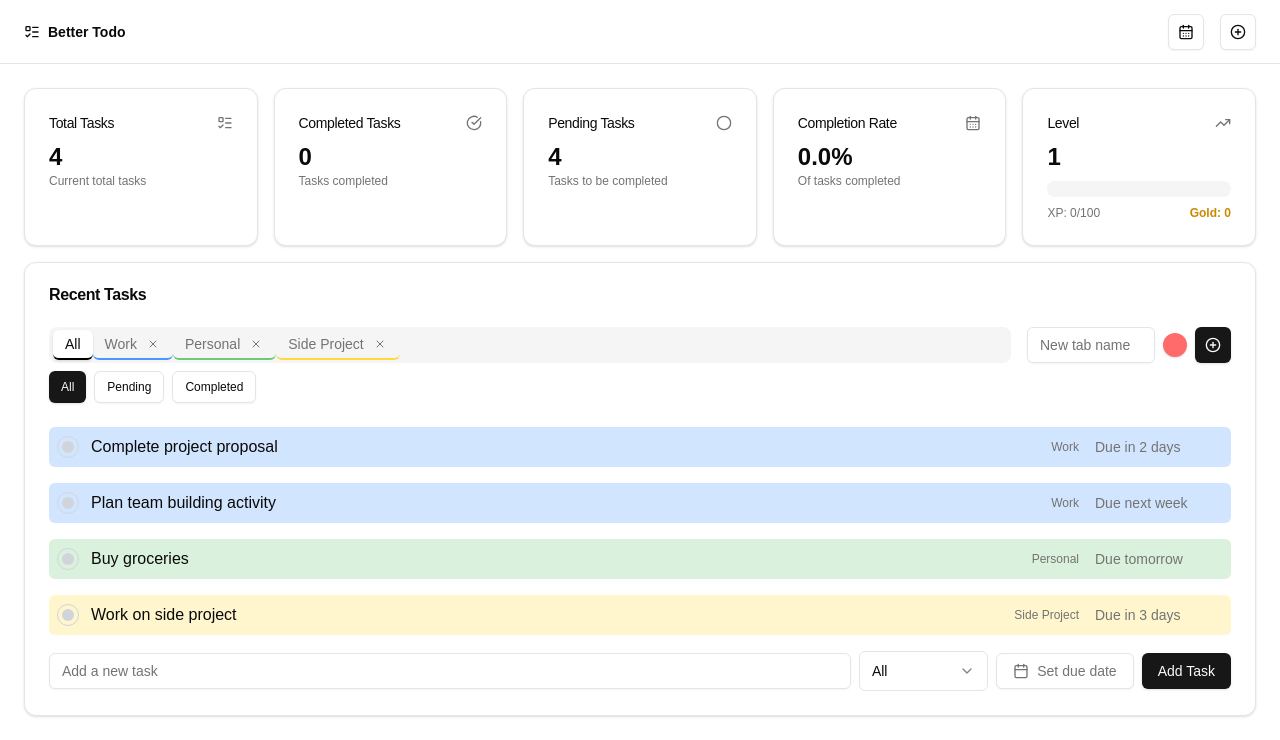
Repository: malikbarbier7/better-todo
Page: /dashboard
An editor plug-in stored every save of this project. The page is shown before and after the next save, followed by the edit.
The browser window is 1280 px wide. The pictures show the whole page.
The project was rebuilt for these pictures with package versions that can differ from the ones it lists, and the page was loaded fresh each time. The framework's server and built-in components were replaced by stand-ins that run in the browser. Also part of the build but not shown: next.config.js, next.config.mjs, components/ui/calendar.tsx.

Above is the page before, as saved 2024-10-04 14:35:52.

### app/dashboard/page.tsx
import { Dashboard } from '@/components/dashboard'

export default function DashboardPage() {
  return <Dashboard />
}

### components/dashboard.tsx
'use client'

import React from 'react'
import { Button } from "@/components/ui/button"
import { Card, CardContent, CardHeader, CardTitle } from "@/components/ui/card"
import { Input } from "@/components/ui/input"
import { Tabs, TabsContent, TabsList, TabsTrigger } from "@/components/ui/tabs"
import { CalendarDays, CheckCircle, Circle, ListTodo, PlusCircle, X, ChevronDown, TrendingUp, Calendar as CalendarIcon } from "lucide-react"
import { Progress } from "@/components/ui/progress"
import {
  Select,
  SelectContent,
  SelectItem,
  SelectTrigger,
  SelectValue,
} from "@/components/ui/select"
import { Calendar } from "@/components/ui/calendar"
import {
  Popover,
  PopoverContent,
  PopoverTrigger,
} from "@/components/ui/popover"
import { format } from "date-fns"
import { cn } from "@/lib/utils"

const pasteColors = [
  '#FF6B6B', // Rouge légèrement pâle
  '#4ECDC4', // Turquoise (bleu-vert) légèrement pâle
  '#FFD93D', // Jaune légèrement pâle
  '#6BCB77', // Vert légèrement pâle
  '#4D96FF', // Bleu légèrement pâle
  '#FF9A8B', // Orange-rose légèrement pâle
  '#9B59B6', // Violet légèrement pâle
  '#FF8C00', // Orange légèrement pâle
];

export function Dashboard() {
  const [tabs, setTabs] = React.useState([
    { name: 'All', color: '#000000' }, // Noir pour l'onglet "All"
    { name: 'Work', color: '#4D96FF' }, // Bleu pour Work
    { name: 'Personal', color: '#6BCB77' }, // Vert pour Personal
    { name: 'Side Project', color: '#FFD93D' } // Jaune pour Side Project
  ])
  const [activeTab, setActiveTab] = React.useState('All')
  const [newTabName, setNewTabName] = React.useState('')
  const [newTaskName, setNewTaskName] = React.useState('')
  const [newTaskSpace, setNewTaskSpace] = React.useState('All')
  const [newTaskDueDate, setNewTaskDueDate] = React.useState<Date | undefined>(undefined)
  const [tasks, setTasks] = React.useState({
    'All': [
      { id: 1, name: 'Complete project proposal', status: 'pending', category: 'Work', dueDate: 'Due in 2 days', xpGained: false },
      { id: 3, name: 'Plan team building activity', status: 'pending', category: 'Work', dueDate: 'Due next week', xpGained: false },
      { id: 4, name: 'Buy groceries', status: 'pending', category: 'Personal', dueDate: 'Due tomorrow', xpGained: false },
      { id: 5, name: 'Work on side project', status: 'pending', category: 'Side Project', dueDate: 'Due in 3 days', xpGained: false },
    ],
    'Work': [
      { id: 1, name: 'Complete project proposal', status: 'pending', category: 'Work', dueDate: 'Due in 2 days', xpGained: false },
      { id: 3, name: 'Plan team building activity', status: 'pending', category: 'Work', dueDate: 'Due next week', xpGained: false },
      { id: 1, name: 'Complete project proposal', status: 'pending', category: 'Work', dueDate: 'Due in 2 days' },
      { id: 3, name: 'Plan team building activity', status: 'pending', category: 'Work', dueDate: 'Due next week' },
    ],
    'Personal': [
      { id: 4, name: 'Buy groceries', status: 'pending', category: 'Personal', dueDate: 'Due tomorrow' },
    ],
    'Side Project': [
      { id: 5, name: 'Work on side project', status: 'pending', category: 'Side Project', dueDate: 'Due in 3 days' },
    ],
  })

  const [taskFilter, setTaskFilter] = React.useState('all')
  const [level, setLevel] = React.useState(1)
  const [xp, setXp] = React.useState(0)
  const [gold, setGold] = React.useState(0)
  const [isDatePickerOpen, setIsDatePickerOpen] = React.useState(false);
  const [newTabColor, setNewTabColor] = React.useState(pasteColors[0])
  const [isColorPickerOpen, setIsColorPickerOpen] = React.useState(false)
  const [selectedTab, setSelectedTab] = React.useState<string | null>(null);

  const handleAddTab = () => {
    if (newTabName && !tabs.some(tab => tab.name === newTabName)) {
      const newTab = { name: newTabName, color: newTabColor === '#000000' ? pasteColors[0] : newTabColor };
      setTabs([...tabs, newTab]);
      setTasks(prevTasks => ({ ...prevTasks, [newTabName]: [] }));
      setActiveTab(newTabName);
      setNewTaskSpace(newTabName);
      setNewTabName('');
      handleTabColorChange(newTabColor);
      setNewTabColor(pasteColors[0]);
    }
  }

  const handleRemoveTab = (tab: string) => {
    if (tab !== 'All') {
      const newTabs = tabs.filter(t => t.name !== tab)
      const { [tab]: removedTasks, ...restTasks } = tasks
      setTabs(newTabs)
      setTasks(restTasks)
      setActiveTab('All')
    }
  }

  const handleAddTask = (e: React.FormEvent) => {
    e.preventDefault()
    if (newTaskName) {
      const newTask = {
        id: Date.now(),
        name: newTaskName,
        status: 'pending',
        category: newTaskSpace === 'All' ? 'Uncategorized' : newTaskSpace,
        dueDate: newTaskDueDate ? format(newTaskDueDate, "PPP") : 'Not set',
        xpGained: false
      }
      setTasks(prevTasks => {
        const updatedTasks = { ...prevTasks };
        if (newTaskSpace !== 'All') {
          updatedTasks[newTaskSpace] = [...(updatedTasks[newTaskSpace] || []), newTask];
        }
        updatedTasks['All'] = [...updatedTasks['All'], newTask];
        return updatedTasks;
      })
      setNewTaskName('')
      setNewTaskDueDate(undefined)
    }
  }

  const handleTaskStatusChange = (taskId: string, newStatus: 'completed' | 'pending') => {
    let xpGained = false;
    setTasks(prevTasks => {
      const updatedTasks = { ...prevTasks };
      for (const category in updatedTasks) {
        updatedTasks[category] = updatedTasks[category].map(task => {
          if (task.id.toString() === taskId) {
            if (task.status === 'pending' && newStatus === 'completed' && !task.xpGained) {
              // Task is being completed for the first time
              if (!xpGained) {
                gainXP(10);
                gainGold();
                xpGained = true;
              }
              return {
                ...task,
                status: newStatus,
                xpGained: true, // Mark that XP has been gained for this task
                dueDate: `Completed ${format(new Date(), "MMMM do, yyyy")}`
              };
            } else if (newStatus === 'pending') {
              // If the task is set back to pending, reset the completion date but keep xpGained
              return { ...task, status: newStatus, dueDate: 'Not set' };
            }
            // For all other cases, just update the status
            return { ...task, status: newStatus };
          }
          return task;
        }).sort((a, b) => {
          if (a.status === 'pending' && b.status === 'completed') return -1;
          if (a.status === 'completed' && b.status === 'pending') return 1;
          return 0;
        });
      }
      return updatedTasks;
    });
  };

  const gainXP = (amount: number) => {
    setXp(prevXP => {
      let newXP = prevXP + amount;
      let newLevel = level;
      while (newXP >= 100) {
        newXP -= 100;
        newLevel += 1;
      }
      setLevel(newLevel);
      return newXP;
    });
  };

  const gainGold = () => {
    const goldEarned = Math.floor(Math.random() * 5) + 1; // Génère un nombre entre 1 et 5
    setGold(prevGold => prevGold + goldEarned);
  };

  // Calculer le nombre total de tâches
  const totalTasks = tasks['All'].length;

  // Calculer le nombre de tâches complétées
  const completedTasks = tasks['All'].filter(task => task.status === 'completed').length;

  // Calculer le nombre de tâches en attente
  const pendingTasks = totalTasks - completedTasks;

  // Calculer le taux de complétion
  const completionRate = totalTasks > 0 ? ((completedTasks / totalTasks) * 100).toFixed(1) : '0.0';

  const filteredTasks = React.useMemo(() => {
    return (tasks[activeTab] || [])
      .filter(task => {
        if (taskFilter === 'all') return true;
        if (taskFilter === 'pending') return task.status === 'pending';
        if (taskFilter === 'completed') return task.status === 'completed';
        return true;
      })
      .sort((a, b) => {
        // Trier les tâches : pendantes en haut, complétées en bas
        if (a.status === 'pending' && b.status === 'completed') return -1;
        if (a.status === 'completed' && b.status === 'pending') return 1;
        return 0;
      });
  }, [tasks, activeTab, taskFilter]);

  // Mettre à jour newTaskSpace quand activeTab change
  React.useEffect(() => {
    setNewTaskSpace(activeTab);
  }, [activeTab]);

  const handleDateSelect = (date: Date | undefined) => {
    setNewTaskDueDate(date);
    setIsDatePickerOpen(false);
  };

  const handleTabColorChange = (color: string) => {
    if (selectedTab && selectedTab !== 'All') {
      setTabs(prevTabs =>
        prevTabs.map(tab =>
          tab.name === selectedTab ? { ...tab, color } : tab
        )
      );
      setIsColorPickerOpen(false);
    }
  };

  return (
    <div className="flex flex-col min-h-screen">
      <header className="flex items-center h-16 px-4 border-b shrink-0 md:px-6">
        <nav className="flex-1">
          <ul className="flex items-center gap-4 text-sm font-medium">
            <li className="flex items-center gap-2">
              <ListTodo className="w-4 h-4" />
              <span className="font-bold">Better Todo</span>
            </li>
          </ul>
        </nav>
        <div className="flex items-center gap-4 md:gap-2 lg:gap-4">
          <Button variant="outline" size="icon">
            <CalendarDays className="w-4 h-4" />
            <span className="sr-only">View calendar</span>
          </Button>
          <Button variant="outline" size="icon">
            <PlusCircle className="w-4 h-4" />
            <span className="sr-only">Create new task</span>
          </Button>
        </div>
      </header>
      <main className="flex-1 overflow-auto p-4 md:p-6">
        <div className="grid gap-4 md:grid-cols-3 lg:grid-cols-5">
          <Card>
            <CardHeader className="flex flex-row items-center justify-between pb-2 space-y-0">
              <CardTitle className="text-sm font-medium">Total Tasks</CardTitle>
              <ListTodo className="w-4 h-4 text-muted-foreground" />
            </CardHeader>
            <CardContent>
              <div className="text-2xl font-bold">{totalTasks}</div>
              <p className="text-xs text-muted-foreground">Current total tasks</p>
            </CardContent>
          </Card>
          <Card>
            <CardHeader className="flex flex-row items-center justify-between pb-2 space-y-0">
              <CardTitle className="text-sm font-medium">Completed Tasks</CardTitle>
              <CheckCircle className="w-4 h-4 text-muted-foreground" />
            </CardHeader>
            <CardContent>
              <div className="text-2xl font-bold">{completedTasks}</div>
              <p className="text-xs text-muted-foreground">Tasks completed</p>
            </CardContent>
          </Card>
          <Card>
            <CardHeader className="flex flex-row items-center justify-between pb-2 space-y-0">
              <CardTitle className="text-sm font-medium">Pending Tasks</CardTitle>
              <Circle className="w-4 h-4 text-muted-foreground" />
            </CardHeader>
            <CardContent>
              <div className="text-2xl font-bold">{pendingTasks}</div>
              <p className="text-xs text-muted-foreground">Tasks to be completed</p>
            </CardContent>
          </Card>
          <Card>
            <CardHeader className="flex flex-row items-center justify-between pb-2 space-y-0">
              <CardTitle className="text-sm font-medium">Completion Rate</CardTitle>
              <CalendarDays className="w-4 h-4 text-muted-foreground" />
            </CardHeader>
            <CardContent>
              <div className="text-2xl font-bold">{completionRate}%</div>
              <p className="text-xs text-muted-foreground">Of tasks completed</p>
            </CardContent>
          </Card>
          <Card>
            <CardHeader className="flex flex-row items-center justify-between pb-2 space-y-0">
              <CardTitle className="text-sm font-medium">Level</CardTitle>
              <TrendingUp className="w-4 h-4 text-muted-foreground" />
            </CardHeader>
            <CardContent>
              <div className="text-2xl font-bold">{level}</div>
              <Progress value={(xp / 100) * 100} className="mt-2" />
              <div className="flex justify-between items-center mt-2">
                <p className="text-xs text-muted-foreground">XP: {xp}/100</p>
                <p className="text-xs font-semibold text-yellow-600">Gold: {gold}</p>
              </div>
            </CardContent>
          </Card>
        </div>
        <Card className="mt-4">
          <CardHeader>
            <CardTitle>Recent Tasks</CardTitle>
          </CardHeader>
          <CardContent>
            <Tabs value={activeTab} onValueChange={(value) => {
              setActiveTab(value);
              setNewTaskSpace(value); // Mettre  jour newTaskSpace ici aussi
            }} className="w-full">
              <div className="flex flex-col">
                <div className="mb-4">
                  <div className="flex justify-between items-center">
                    <TabsList className="flex-grow justify-start">
                      {tabs.map((tab) => (
                        <TabsTrigger
                          key={tab.name}
                          value={tab.name}
                          className="flex items-center"
                          style={{ borderBottom: `2px solid ${tab.color}` }}
                          onClick={() => setSelectedTab(tab.name)}
                        >
                          {tab.name}
                          {tab.name !== 'All' && (
                            <Button
                              variant="ghost"
                              size="icon"
                              className="ml-2 h-4 w-4"
                              onClick={(e) => {
                                e.stopPropagation()
                                handleRemoveTab(tab.name)
                              }}
                            >
                              <X className="h-3 w-3" />
                            </Button>
                          )}
                        </TabsTrigger>
                      ))}
                    </TabsList>
                    <div className="flex items-center space-x-2 ml-4">
                      <form onSubmit={(e) => {
                        e.preventDefault();
                        handleAddTab();
                      }}>
                        <Input
                          placeholder="New tab name"
                          value={newTabName}
                          onChange={(e) => setNewTabName(e.target.value)}
                          className="w-32"
                        />
                      </form>
                      <Popover open={isColorPickerOpen} onOpenChange={setIsColorPickerOpen}>
                        <PopoverTrigger asChild>
                          <Button
                            style={{ backgroundColor: selectedTab && selectedTab !== 'All' ? tabs.find(t => t.name === selectedTab)?.color : newTabColor }}
                            className="w-6 h-6 rounded-full p-0"
                            onClick={() => setIsColorPickerOpen(true)}
                            disabled={selectedTab === 'All'}
                          />
                        </PopoverTrigger>
                        <PopoverContent className="w-auto p-1">
                          <div className="grid grid-cols-4 gap-1">
                            {pasteColors.map((color) => (
                              <Button
                                key={color}
                                style={{ backgroundColor: color }}
                                className="w-5 h-5 rounded-full p-0"
                                onClick={() => {
                                  if (selectedTab && selectedTab !== 'All') {
                                    handleTabColorChange(color);
                                  } else {
                                    setNewTabColor(color);
                                    setIsColorPickerOpen(false);
                                  }
                                }}
                              />
                            ))}
                          </div>
                        </PopoverContent>
                      </Popover>
                      <Button onClick={handleAddTab} size="icon">
                        <PlusCircle className="h-4 w-4" />
                      </Button>
                    </div>
                  </div>
                  <div className="flex justify-start mt-2">
                    <div className="flex items-center space-x-2">
                      <Button
                        size="sm"
                        variant={taskFilter === 'all' ? 'default' : 'outline'}
                        onClick={() => setTaskFilter('all')}
                      >
                        All
                      </Button>
                      <Button
                        size="sm"
                        variant={taskFilter === 'pending' ? 'default' : 'outline'}
                        onClick={() => setTaskFilter('pending')}
                      >
                        Pending
                      </Button>
                      <Button
                        size="sm"
                        variant={taskFilter === 'completed' ? 'default' : 'outline'}
                        onClick={() => setTaskFilter('completed')}
                      >
                        Completed
                      </Button>
                    </div>
                  </div>
                </div>
                <div>
                  {tabs.map((tab) => (
                    <TabsContent key={tab.name} value={tab.name}>
                      <div className="space-y-4">
                        {filteredTasks.map((task) => (
                          <div
                            key={task.id}
                            className="flex items-center p-2 rounded-md"
                            style={{
                              backgroundColor: tabs.find(tab => tab.name === task.category)?.color + '40'
                            }}
                          >
                            <div className="relative">
                              {task.status === 'completed' ? (
                                <button
                                  className="p-1 bg-green-500 text-white rounded-full"
                                  onClick={() => handleTaskStatusChange(task.id.toString(), 'pending')}
                                >
                                  <CheckCircle className="w-3 h-3" />
                                </button>
                              ) : (
                                <button
                                  className="p-1 border border-gray-300 rounded-full flex items-center justify-center"
                                  onClick={() => handleTaskStatusChange(task.id.toString(), 'completed')}
                                >
                                  <div className="w-3 h-3 bg-gray-300 rounded-full"></div>
                                </button>
                              )}
                            </div>
                            <div className="flex items-center w-full">
                              <span className={`ml-3 flex-1 ${task.status === 'completed' ? 'line-through' : ''}`}>
                                {task.name}
                              </span>
                              <div className="flex items-center justify-end space-x-4 min-w-[300px]">
                                <span className="text-xs text-muted-foreground w-24 text-right">{task.category}</span>
                                <span className="text-sm text-muted-foreground w-32">{task.dueDate}</span>
                              </div>
                            </div>
                          </div>
                        ))}
                      </div>
                      <form onSubmit={handleAddTask} className="mt-4 flex items-center space-x-2">
                        <Input
                          placeholder="Add a new task"
                          value={newTaskName}
                          onChange={(e) => setNewTaskName(e.target.value)}
                          className="flex-grow"
                        />
                        <Select
                          value={tabs.some(tab => tab.name === newTaskSpace) ? newTaskSpace : 'All'}
                          onValueChange={setNewTaskSpace}
                        >
                          <SelectTrigger className="w-[180px]">
                            <SelectValue placeholder="Select space" />
                          </SelectTrigger>
                          <SelectContent>
                            {tabs.map((tab) => (
                              <SelectItem key={tab.name} value={tab.name}>{tab.name}</SelectItem>
                            ))}
                          </SelectContent>
                        </Select>
                        <Popover open={isDatePickerOpen} onOpenChange={setIsDatePickerOpen}>
                          <PopoverTrigger asChild>
                            <Button
                              variant={"outline"}
                              className={cn(
                                "w-[180px] justify-start text-left font-normal",
                                !newTaskDueDate && "text-muted-foreground"
                              )}
                              onClick={() => setIsDatePickerOpen(true)}
                            >
                              <CalendarIcon className="mr-2 h-4 w-4" />
                              {newTaskDueDate ? format(newTaskDueDate, "PPP") : <span>Set due date</span>}
                            </Button>
                          </PopoverTrigger>
                          <PopoverContent className="w-auto p-0">
                            <Calendar
                              mode="single"
                              selected={newTaskDueDate}
                              onSelect={handleDateSelect}
                              initialFocus
                            />
                          </PopoverContent>
                        </Popover>
                        <Button type="submit">Add Task</Button>
                      </form>
                    </TabsContent>
                  ))}
                </div>
              </div>
            </Tabs>
          </CardContent>
        </Card>
      </main>
    </div>
  )
}

### components/ui/progress.tsx
"use client"

import * as React from "react"
import * as ProgressPrimitive from "@radix-ui/react-progress"

import { cn } from "@/lib/utils"

const Progress = React.forwardRef<
  React.ElementRef<typeof ProgressPrimitive.Root>,
  React.ComponentPropsWithoutRef<typeof ProgressPrimitive.Root>
>(({ className, value, ...props }, ref) => (
  <ProgressPrimitive.Root
    ref={ref}
    className={cn(
      "relative h-4 w-full overflow-hidden rounded-full bg-secondary",
      className
    )}
    {...props}
  >
    <ProgressPrimitive.Indicator
      className="h-full w-full flex-1 bg-primary transition-all"
      style={{ transform: `translateX(-${100 - (value || 0)}%)` }}
    />
  </ProgressPrimitive.Root>
))
Progress.displayName = ProgressPrimitive.Root.displayName

export { Progress }

Loaded but not shown: app/layout.tsx (common file); app/globals.css (common file); lib/utils.ts (common file); tailwind.config.ts (common file); components/ui/select.tsx (121 lines, source omitted); components/ui/tabs.tsx (55 lines, source omitted); components/ui/card.tsx (76 lines, source omitted); components/ui/button.tsx (57 lines, source omitted); components/ui/popover.tsx (33 lines, source omitted); components/ui/input.tsx (25 lines, source omitted)

After the next save:
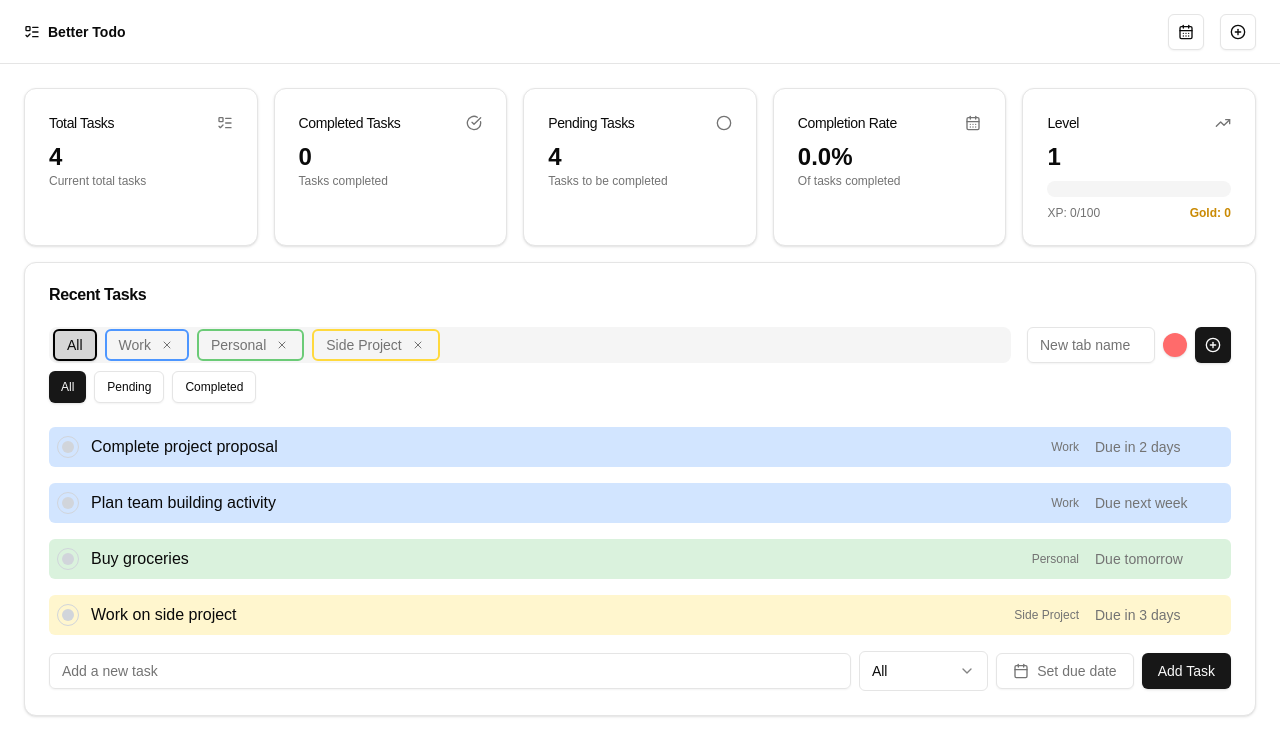
Saved 2 min 14 s later.
--- a/components/dashboard.tsx
+++ b/components/dashboard.tsx
@@ -324,8 +324,11 @@ export function Dashboard() {
                         <TabsTrigger
                           key={tab.name}
                           value={tab.name}
-                          className="flex items-center"
-                          style={{ borderBottom: `2px solid ${tab.color}` }}
+                          className="flex items-center border-2 mx-1 first:ml-0 last:mr-0"
+                          style={{
+                            borderColor: tab.color,
+                            backgroundColor: activeTab === tab.name ? `${tab.color}20` : 'transparent'
+                          }}
                           onClick={() => setSelectedTab(tab.name)}
                         >
                           {tab.name}
